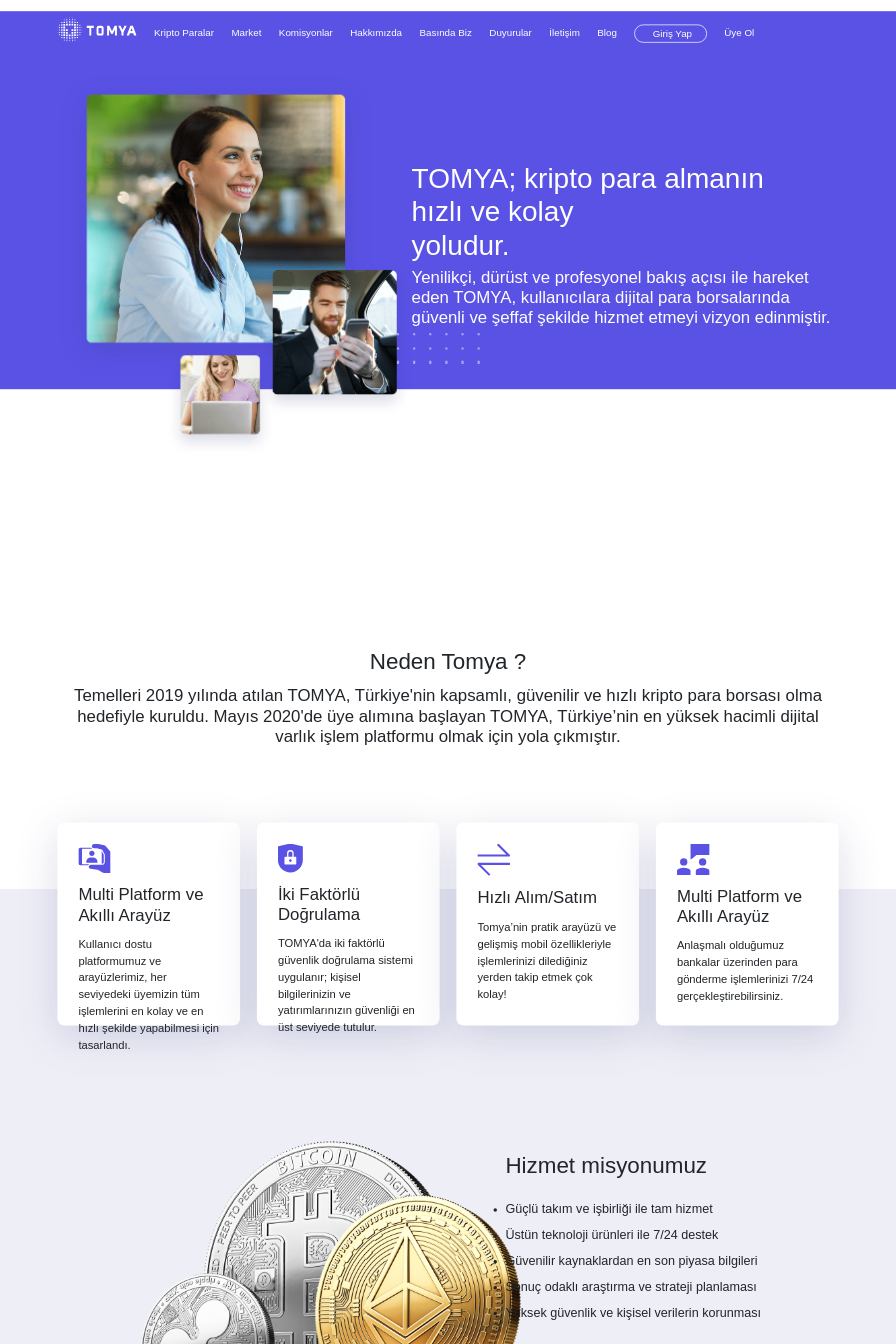
Repository: ezgibayrakli/TomyaProje
Page: index copy.html
These files come from the project's save history. The page is drawn as it stood at one moment and after the next save; the edit follows.
The browser window is 1280 px wide. The pictures show the part of the page from y = 0 to 1920 px (the page is 5197 px tall before and 5229 px after), at 70% of full size.
Some web fonts or font styles are not loaded; a fallback is used.

Above is the page before, as saved 2023-07-06 13:33:25.

### index copy.html
<!DOCTYPE html>
<html lang="en">
<head>
    <meta charset="UTF-8">
    <meta name="viewport" content="width=device-width, initial-scale=1.0">
    <!-- BOOTSTRAP -->
    <link href="https://cdn.jsdelivr.net/npm/bootstrap@5.1.3/dist/css/bootstrap.min.css" rel="stylesheet" integrity="sha384-1BmE4kWBq78iYhFldvKuhfTAU6auU8tT94WrHftjDbrCEXSU1oBoqyl2QvZ6jIW3" crossorigin="anonymous">
    <link rel="stylesheet" href="style.css">
    <title>Hakkımızda-Tomya</title>
</head>
<body>
    <!-- HEADER START -->
    <section id="header">
        <div class="header">
            <div class="container">
                <nav class="navbar navbar-expand-lg mt-3">
                    <div class="header-logo">
                        <img src="photo/tomya-logo.svg" alt="">
                    </div>
                    <button class="navbar-toggler" type="button" data-toggle="collapse" data-target="#navbarNavDropdown" aria-controls="navbarNavDropdown" aria-expanded="false" aria-label="Toggle navigation">
                      <span class="navbar-toggler-icon"></span>
                    </button>
                    <div class="collapse navbar-collapse" id="navbarNavDropdown">
                        <ul class="main-menu-header navbar-nav ">
                            <li><a href="#">Kripto Paralar</a></li>
                            <li><a href="#">Market</a></li>
                            <li><a href="#">Komisyonlar</a></li>
                            <li><a href="#">Hakkımızda</a></li>
                            <li><a href="#">Basında Biz</a></li>
                            <li><a href="#">Duyurular</a></li>
                            <li><a href="#">İletişim</a></li>
                            <li><a href="#">Blog</a></li>
                            <li class="enter"><a href="#">Giriş Yap</a></li>
                            <li><a href="#">Üye Ol</a></li>
                        </ul>
                    </div>
                  </nav>
                <div class="header-text">
                    <div class="header-about-img">
                        <span class="icons-header"></span>
                        <img src="photo/aboutus-banner.png" alt="">
                    </div>
                    <div class="header-about-text">
                        <h1>TOMYA; kripto para almanın <br> hızlı ve kolay <br> yoludur.</h1>
                        <h4>Yenilikçi, dürüst ve profesyonel bakış açısı ile hareket eden TOMYA, kullanıcılara dijital para borsalarında güvenli ve şeffaf şekilde hizmet etmeyi vizyon edinmiştir.</h4>
                    </div>

                </div>
                </div>
            </div>
        </div>
    </section>
    <!-- HEADER END -->

    <!-- MAIN MENU START -->
    <section id="mainmenu">
        <div class="main-menu">
            <div class="container">
              <h2 class="text-md-center mt-5">Neden Tomya ?</h2>
              <h4 class="text-md-center mt-3">Temelleri 2019 yılında atılan TOMYA, Türkiye'nin kapsamlı, güvenilir ve hızlı kripto para borsası olma hedefiyle kuruldu. Mayıs 2020'de üye alımına başlayan TOMYA, Türkiye’nin en yüksek hacimli dijital varlık işlem platformu olmak için yola çıkmıştır.</h4>
            <div class="row">
                <div class="col-sm-12 col-md-3">
                    <div class="box">
                        <img src="photo/ic-selfie.svg" alt="">
                        <div class="box-text">
                            <h4 class="mt-3">Multi Platform ve Akıllı Arayüz</h4>
                            <p class="mt-3">Kullanıcı dostu platformumuz ve arayüzlerimiz, her seviyedeki üyemizin tüm işlemlerini en kolay ve en hızlı şekilde yapabilmesi için tasarlandı.</p>
                        </div>
                    </div>
                </div>
                <div class="col-sm-12 col-md-3">
                    <div class="box">
                        <img src="photo/ic-privacy.svg" alt="">
                        <div class="box-text">
                            <h4 class="mt-3">İki Faktörlü Doğrulama</h4>
                            <p class="mt-3">TOMYA'da iki faktörlü güvenlik doğrulama sistemi uygulanır; kişisel bilgilerinizin ve yatırımlarınızın güvenliği en üst seviyede tutulur.</p>
                        </div>
                    </div>
                </div>
                <div class="col-sm-12 col-md-3">
                    <div class="box">
                        <img src="photo/ic-sellbuy.svg" alt="">
                        <div class="box-text">
                            <h4 class="mt-3">Hızlı Alım/Satım</h4>
                            <p class="mt-3">Tomya’nin pratik arayüzü ve gelişmiş mobil özellikleriyle işlemlerinizi dilediğiniz yerden takip etmek çok kolay!</p>
                        </div>
                    </div>
                </div>
                <div class="col-sm-12 col-md-3">
                    <div class="box">
                        <img src="photo/ic-support.svg" alt="">
                        <div class="box-text">
                            <h4 class="mt-3">Multi Platform ve Akıllı Arayüz</h4>
                            <p class="mt-3">Anlaşmalı olduğumuz bankalar üzerinden para gönderme işlemlerinizi 7/24 gerçekleştirebilirsiniz.</p>
                        </div>
                    </div>
                </div>
            </div>
            </div>
        </div>
        <div class="main-menu-two">
            <div class="container">
                <div class="row">
                    <div class="col-sm-12 col-md-6 coins">
                        <img src="photo/aboutus-coins.png" alt="">
                    </div>
                    <div class="col-sm-12 col-md-6 coins-text">
                        <h2 class="mt-3">Hizmet misyonumuz</h2>
                        <ul class="coins-text-ul">
                            <li>Güçlü takım ve işbirliği ile tam hizmet</li>
                            <li>Üstün teknoloji ürünleri ile 7/24 destek</li>
                            <li>Güvenilir kaynaklardan en son piyasa bilgileri</li>
                            <li>Sonuç odaklı araştırma ve strateji planlaması</li>
                            <li>Yüksek güvenlik ve kişisel verilerin korunması</li>
                        </ul>
                    </div>

                </div>
            </div>
        </div>
        <div class="main-menu-three">
            <div class="container">
                <h2 >İş Ortaklarımız</h2>
                <div class="row">
                        <div class="col-sm-12 col-md-6 bctr-img">
                            <img src="photo/BCTR-logo.png" alt="">
                        </div>
                        <div class="col-sm-12 col-md-6 mt-auto mb-auto ">
                            <p>Tomya Teknoloji A.Ş. olarak kripto ekosisteminde faaliyetlerimize hız kesmeden devam ediyoruz. Türkiye’de sürdürülebilir blockchain ekosistemi oluşturan, bu teknoloji ile yeni dönem iş yapış biçimlerinin önündeki zorlukların giderilmesine yönelik çalışmaları bulunan Blockchain Türkiye Platformu'na platin üye olduk.</p>
                        </div>
                </div>
            </div>
        </div>
        <div class="main-menu-four">
    <div class="container">
        <div class="row">
            <div class="col-sm-6">
                <h2>TOMYA'yı Sosyal Medyada Takip Edin</h2>
                <h3 class="mt-3">Dijital para borsalarındaki diğer yatırımcılarla bağlantı kurmak, promosyonlar hakkında bilgi almak ve yatırım stratejilerini tartışmak için TOMYA'yı sosyal medya üzerinden takip edebilirsiniz.</h3>
                <a href="#" ><img src="photo/followTwitter.svg" alt="" class="mt-5"></a>
            </div>
                <div class="col-sm-6 twitter-img">
                    <img  alt="img_twitter_social" src="photo/img_twitter_social.png">
                </div>
            </div>
    </div>
        </div>
        <div class="main-menu-five">
            <div class="container">
                <div class="box">
                    <div class="row">
                        <div class="col-md-4">
                            <h2>Basın Kiti</h2>
                        </div>
                        <div class="col-md-8">
                            <h3>Markamıza ait logomuzun medya kanallarında ya da farklı mecralarda en doğru şekilde kullanımı için basın materyallerini indirebilirsiniz.</h3>
                        </div>
                    </div>
                    <div class="row" style="height: 200px;margin-top: 45px;">
                        <div class="col-md-2 bg-white" style="margin-right:20px;border-radius: 10px;">
                            <h6 style="margin-top: 150px;text-align: center;">Logo Kullanımı</h6>
                        </div>
                        <div class="col bg-white" style="border-radius: 10px;">
                            <div class="row">
                                <div class="col-md-3">
                                    <h6 style="margin-top: 140px;text-align: center;">Renkli ve <br>
                                        Siyah/Beyaz kullanım</h6>
                                </div>
                                <div class="col-md-3">
                                    <h6 style="margin-top: 140px;text-align: center;">Logo baskı, web ve <br>
                                        HEX renk kodları</h6></div>
                                <div class="col-md-6">
                                <a href="#">
                                    <h6 class="btn-outline" style="margin-top: 140px;text-align: center;">
                                        Basın Kitini İndir
                                    </h6>
                                </a>
                                </div>
                        </div>

                    </div>
                </div>
            </div>
        </div>
    </section>
    <!-- MAIN MENU END -->

    <!-- FOOTER START -->
    <div class="footer">
        <div class="footer-one mt-5">
            <div class="container">
                <div class="wrap d-flex align-items-start flex-lg-row flex-column">
                    <h3>Avantajlı Kripto İşlemleri</h3>
                    <h5 class="w-100 ml-lg-3 mt-lg-0 ">TOMYA, müşterilerine güvenilir ve șeffaf hizmet anlayışının yanında düșük komisyon prensipleri de sunar. TOMYA ile dijital para borsalarındaki alım satım deneyiminizi en üst noktaya çıkarabilirsiniz.</h5>
                    <a href="#" class="btn mr-auto ml-auto  mr-lg-0 mt-lg-0 ">Hesap Oluştur</a>
                </div>
            </div>
        </div>
    <footer class="footer-two footer">
    <div class="container">
        <div class="row">
            <div class="col-md-2 items">
                <h6>Kurumsal</h6>
                <ul>
                    <li><a href="#">Kullanıcı Sözleşmesi</a></li>
                    <li><a href="#">Gizlilik ve Çerez Politikası</a></li>
                    <li><a href="#">Kişisel Verilerin Korunması</a></li>
                    <li><a href="#">Açık Rıza Ve Dijital İletişim İzni Beyanı</a></li>
                    <li><a href="#">Hakkımızda</a></li>
                    <li><a href="#">İletişim</a></li>
                </ul>
            </div>
            <div class="col-md-2 items">
                <h6>Kullanıcılar için</h6>
                <ul>
                    <li><a href="#">Blog</a></li>
                    <li><a href="#">Basında Biz</a></li>
                    <li><a href="#">Sıkça Sorulan Sorular</a></li>
                    <li><a href="#">Kripto Hesaplayıcı</a></li>
                    <li><a href="#">Kripto Sözlük</a></li>
                    <li><a href="#">Duyurular</a></li>
                    <li><a href="#">Limitler</a></li>
                    <li><a href="#">Para Yatırma ve Çekme Platformları</a></li>
                    <li><a href="#">Kara Para Aklamayı Önleme Politikası</a></li>
                    <li><a href="#">Müşterini Tanı (KYC) Politikası</a></li>

                </ul>
            </div>
            <div class="col-md-2 items">
                <h6>Kripto paralar</h6>
            <ul >
                    <li><a href="#">Bitcoin</a></li>
                    <li><a href="#">Ethereum</a></li>
                    <li><a  href="#">Ripple</a></li>
                    <li> <a  href="#">Litecoin</a></li>
                    <li><a  href="#">Tether</a></li>
                    <li> <a  href="#">Chainlink</a></li>
                    <li> <a  href="#">Polkadot</a></li>
                    <li> <a  href="#">Avalanche</a></li>
                    <li><a  href="#">Binance Coin</a></li>
                    <li>  <a  href="#">Pancakeswap</a></li>
                    <li> <a  href="#">Solana</a></li>
                    <li><a  href="#">NEAR Protocol</a></li>
                    <li> <a  href="#">ApeCoin</a></li>
                    <li><a  href="#">Uniswap</a></li>
                    <li><a  href="#">Fantom</a></li>
                    <li><a  href="#">Curve DAO</a></li>
                    <li> <a  href="#">Ethereum Classic</a></li>
            </ul>
            </div>
            <div class="col-md-2 items mt-4">
            <ul>
                <li><a href="#">Dogecoin</a></li>
                <li> <a href="#">Cardano</a></li>
                <li><a href="#">NEO</a></li>
                <li>  <a href="#">Chiliz</a></li>
                <li><a href="#">Holochain</a></li>
                <li> <a href="#">BitTorrent Chain</a></li>
                <li><a href="#">Decentraland</a></li>
                <li><a href="#">The Sandbox</a></li>
                <li> <a href="#">Shiba Inu</a></li>
                <li><a href="#">Polygon</a></li>
                <li> <a href="#">PAX Gold</a></li>
                <li> <a href="#">Cosmos</a></li>
                <li><a href="#">Enjin Coin</a></li>
                <li> <a href="#">VeChain</a></li>
                <li><a href="#">THORChain </a></li>
                <li> <a href="#">Oasis Network</a></li>

            </ul>
            </div>
            <div class="col-md-2 items">
                <h6>Rehber</h6>
                <ul>
                <li>  <a href="#">Bitcoin al</a></li>
                <li><a href="#">Ethereum al</a></li>
                <li> <a href="#">Ripple al</a></li>
                <li><a href="#">Litecoin al</a></li>
                <li> <a href="#">Tether al</a></li>
                <li> <a href="#">Chainlink al</a></li>
                <li><a href="#">Polkadot al</a></li>
                <li><a href="#">Avalanche al</a></li>
                <li> <a href="#">Binance Coin al</a></li>
                <li> <a href="#">Pancakeswap al</a></li>
                <li><a href="#">Solana al</a></li>
                <li><a href="#">NEAR Protocol al</a></li>
                <li><a href="#">ApeCoin al</a></li>
                <li> <a href="#">Uniswap al</a></li>
                <li>  <a href="#">Fantom al</a></li>
                <li><a href="#">Curve DAO al</a></li>
                <li><a href="#">Ethereum Classic al</a></li>

            </ul>
            </div>
            <div class="col-md-2 items mt-4">
            <ul>
                <li>   <a href="#">Dogecoin al</a></li>
                <li> <a href="#">Cardano al</a></li>
                <li><a href="#">NEO al</a></li>
                <li><a href="#">Chiliz al</a></li>
                <li><a href="#">Holochain al</a></li>
                <li> <a href="#">BitTorrent Chain al</a></li>
                <li> <a href="#">Decentraland al</a></li>
                <li><a href="#">The Sandbox al</a></li>
                <li><a href="#">Shiba Inu al</a></li>
                <li><a href="#">Polygon al</a></li>
                <li><a href="#">PAX Gold al</a></li>
                <li> <a href="#">Cosmos al</a></li>
                <li> <a href="#">Enjin Coin al</a></li>
                <li><a href="#">VeChain al</a></li>
                <li><a href="#">THORChain al</a></li>
                <li><a href="#">Oasis Network al</a></li>

            </ul>
            </div>
        </div>
        <hr class="mt-5" style="color: gray;">
      <div class=" pt-5 d-flex justify-content-lg-between flex-lg-row flex-column align-items-lg-center">
            <div>
            <h6 >TOMYA TEKNOLOJİ A.Ş. <br>Maslak Mah. Saat Sok. Spine Tower No: 5/10, <br>Sarıyer / İstanbul </h6>
            <br><h6 >Tel: 0(212) 807 10 71(72-73)</h6>
        </div>
        <div>
        <div class="social d-flex justify-content-lg-end mt-lg-0 mt-5">
            <a class="mr-4" href="https://www.facebook.com/tomya.com" target="_blank"><img  alt="facebook-ikon" src="photo/ic-fb.svg"></a>
            <a class="mr-4" href="https://twitter.com/tomyacom" target="_blank"><img  alt="twitter-ikon" src="photo/ic-tw.svg"></a>
            <a class="mr-4" href="https://www.instagram.com/tomyacom/" target="_blank"><img alt="instagram-ikon" src="photo/ic-ins.svg"></a>
            <a class="mr-4" href="https://t.me/tomyacom" target="_blank"><img alt="telegram-ikon" src="photo/ic-telegram.svg"></a>
            <a class="mr-4" href="https://www.youtube.com/channel/UCSOpFT_5xJLvf6yfXIyxDlQ" target="_blank"><img alt="yt-ikon" src="photo/ic-yt-logo.svg"></a>
        </div>
        </div>
       </div>
       <div class="row">
        <h6 class="mt-5 mb-5 tomya-end">Tüm Hakları Saklıdır. © 2021 - TOMYA <br> TOMYA TEKNOLOJİ A.Ş. <br> Mersis No: 0850062440300001</h6>
       </div>
    </div>
       </footer>

    </div>
    <!-- FOOTER END -->

    <script src="tomya.js"></script>
    <script src="https://cdn.jsdelivr.net/npm/bootstrap@5.1.3/dist/js/bootstrap.bundle.min.js" integrity="sha384-ka7Sk0Gln4gmtz2MlQnikT1wXgYsOg+OMhuP+IlRH9sENBO0LRn5q+8nbTov4+1p" crossorigin="anonymous"></script>
    <!-- SAYFAMIZIN NETWORK KISMINDAN UYGULANIP UYGULANMADIGINI GORURUZ -->
</body>
</html>

### style.css
/* FONTS */
  @import url('https://fonts.googleapis.com/css2?family=Barlow+Condensed&family=Edu+NSW+ACT+Foundation&family=Fira+Sans&family=Quicksand:wght@300&family=Rajdhani:wght@300&family=Tinos:ital@1&display=swap');
  @import url('assets/fonts/GraphikRegular.ttf');
  @import url('assets/fonts/GraphikMedium.ttf');

/* TUM SITELER ICIN KULLANILAN SIFIRLAMA KODLAR */
*,
*::before,
*::after,
body{
    padding: 0;
    margin: 0;
    box-sizing: border-box;
    border: 0;
    font-family:Sans-Serif;

}

a,
a:link,
a:visited{
    text-decoration: none;
    outline: none;
    border: none;
}

ul,
li {
    list-style: none;
    margin: 0;
    padding: 0;
}

section,
span,
p {
    margin: 0;
    padding:0;
    outline: none;
    border: none;
}

/* HEADER */
.header{
    background-color: #5952e4;
    max-width: 100%;
    height: 75vh;
}
.header-navbar{
    display: flex;
    /* align-items: center; */
    justify-content: space-between;
    padding-top: 50px;
}
    .menu-items ul{
        align-items: center;
        justify-content: flex-end;
    }
    .main-menu-header{
        display: flex;
        padding-top: 10px;
    }
    .main-menu-header li > a {
        color: white;
        font-size: 14px;
        padding-left: 25px;
    }
    .enter{
        border: 1px solid;
        color:#fff;
        border-radius: 25px;
        padding-right: 20px;
        margin-left: 25px;
    }

/* HEADER TEXT */
.header-text{
    color: #fff;
    display: flex;
    align-items: center;
    justify-content:center;

}
.header-about-img img{
    width: 100%;
    height: 100%;
    margin:35px 0 35px 0;
}
.header-about-text{
    margin-bottom: 50px;
    position: relative;
}
.header-about-text::after{
    content: "";
    background: url(dots.svg);
    position: absolute;
    width: 120px;
    height: 44px;
    opacity: 0.5;
    left: -21px;

}
.icons-header{
    width: 1133px;
    height: 765px;
}


/* Main-Menu */
.main-menu{
    margin-top: 370px;
}
.box{
    background: #fff;
    margin-top: 100px;
    height: 290px;
    border-radius: 10px;
    padding: 30px;
    box-shadow:  0 15px 60px 0 rgba(50,46,127,.17);
}
.main-menu-two{
    background: #eeeff6;
    margin-top: -195px;
    padding-top: 360px;
}

/* Main-Menu-Two */
.coins img {
    width: 630px;
    margin-bottom: -75px;
    margin-left: 90px;
}
.coins-text h2{
    color: #24242a;
    padding-left: 70px;
}
.coins-text-ul{
    margin-top: 20px;
    padding-left: 70px;
}
.coins-text-ul li{
    list-style:disc;
    padding-top: 10px;
    font-size: 18px;

}

/* REFERANSLAR (Main-Menu-Three) */
.main-menu-three h2{
    text-align: center;
}
.main-menu-three .container{
    max-width: 1200px;
    margin-top: 150px;
    background: #fff;
    box-shadow: 0 15px 60px 0 rgba(50,46,127,.17);
    border-radius: 15px;
    padding: 30px;
}
.bctr-img img{
    display: block;
    margin-left: auto;
    margin-right: auto;
    width: 50%;
}


/* Main-Menu-Four */
.main-menu-four{
    padding-top: 215px;

}
.main-menu-four .container{
    max-width: 1200px;

}
.main-menu-four .container h4{
    padding:15px 0 25px 0;
}
.container .twitter-img img{
    width: 100%;
    display: block;
    margin-left: auto;
    margin-right: auto;

}
.btn-outline{
  background-color: #fff;
  border-radius: 25px;
  color: #5952e4;
  border: 1px solid #5952e4;
  text-align: center;
}

/* Main-Menu-Five */

.main-menu-five .container{
    padding-top: 120px;

}
.main-menu-five .container .box{
    background: #eeeff6;
    border-radius: 10px;
    padding: 100px 150px 120px;
    height: 500px;
    position: relative;
}
.row.kit{
    margin-top: 70px;
    position: absolute;
    margin:50px 200px;
}
.kit-left{
    background-color: #fff;
    margin-right: 15px;
    height: 200px;
    border-radius: 10px;
    padding: 13px 50px;
    font-size: 10px;

}
.kit-right{
    background-color: #fff;
    border-radius: 10px;
    height: 200px;
    padding: 13px 50px;

}
.kit-right h6{
padding: 20px;
}

/* FOOTER */
.footer{
    margin-top: 2.5rem;
    background-color:#131416;
}
.footer-one{

    position: relative;
    z-index: 2;
    background-color: #131416;
}
.footer-one .container {
    background: #eeeff6;
    border-radius: 15px;
    padding: 50px;
}
.btn{
    color: #fff;
    background-color: #5952e4;
    border-color: #5952e4;
    min-width: 190px;
    border-radius: 35px;
    line-height: 30px;
}
.btn:hover{
    color: #fff;
}
.footer-two h6{
    color: #fff;

}
div.items ul > li{
    padding-top: 10px;
}
div.items ul > li > a {
    color:rgba(238,239,246,.5);
    padding-top: 15px;
}
.social > a{
    padding-right: 17px;
    transition: .4s;
}
.tomya-end  {
    color: rgba(238,239,246,.5) !important;
    font-size: 12px;
    line-height: 18px;
}


/* .box {
    background: #eeeff6;
    border-radius: 10px;
    padding: 40px 150px 120px;
}

.box .logoguide {
    border-radius: 5px;
    width: 250px;
    height: 270px;
    background: #fff;
    padding: 32px 38px;
}
.box .mediakit {
    border-radius: 5px;
    width: 100%;
    padding: 39px 47px 30px 62px;
    background: #fff;
    height: 270px;
    position: relative;
} */

Loaded but not shown: tomya.js (no copy from this time; the picture is the same without it)

After the next save:
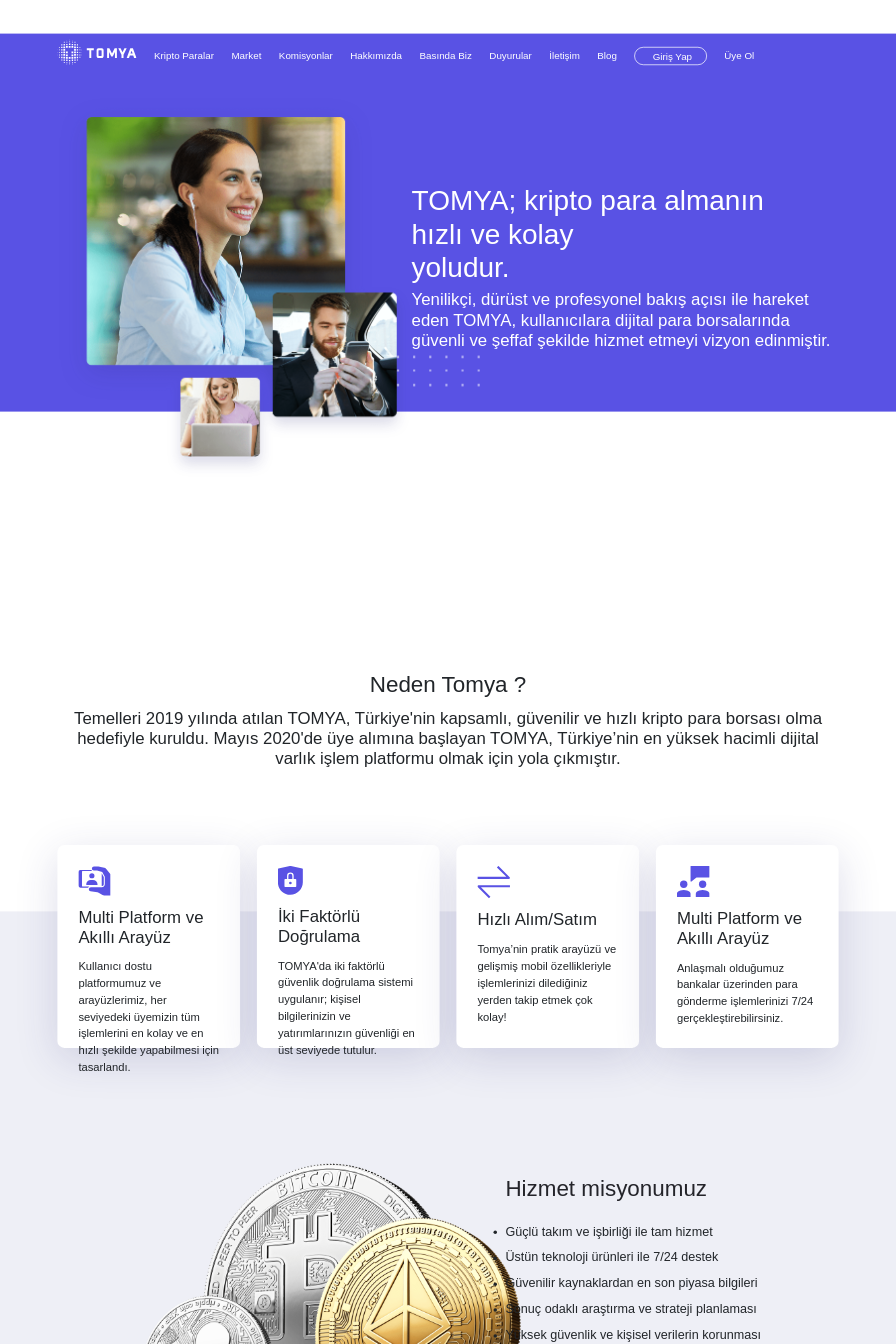
Saved 4 s later.
--- a/index copy.html
+++ b/index copy.html
@@ -13,7 +13,7 @@
     <section id="header">
         <div class="header">
             <div class="container">
-                <nav class="navbar navbar-expand-lg mt-3">
+                <nav class="navbar navbar-expand-lg mt-5">
                     <div class="header-logo">
                         <img src="photo/tomya-logo.svg" alt="">
                     </div>
